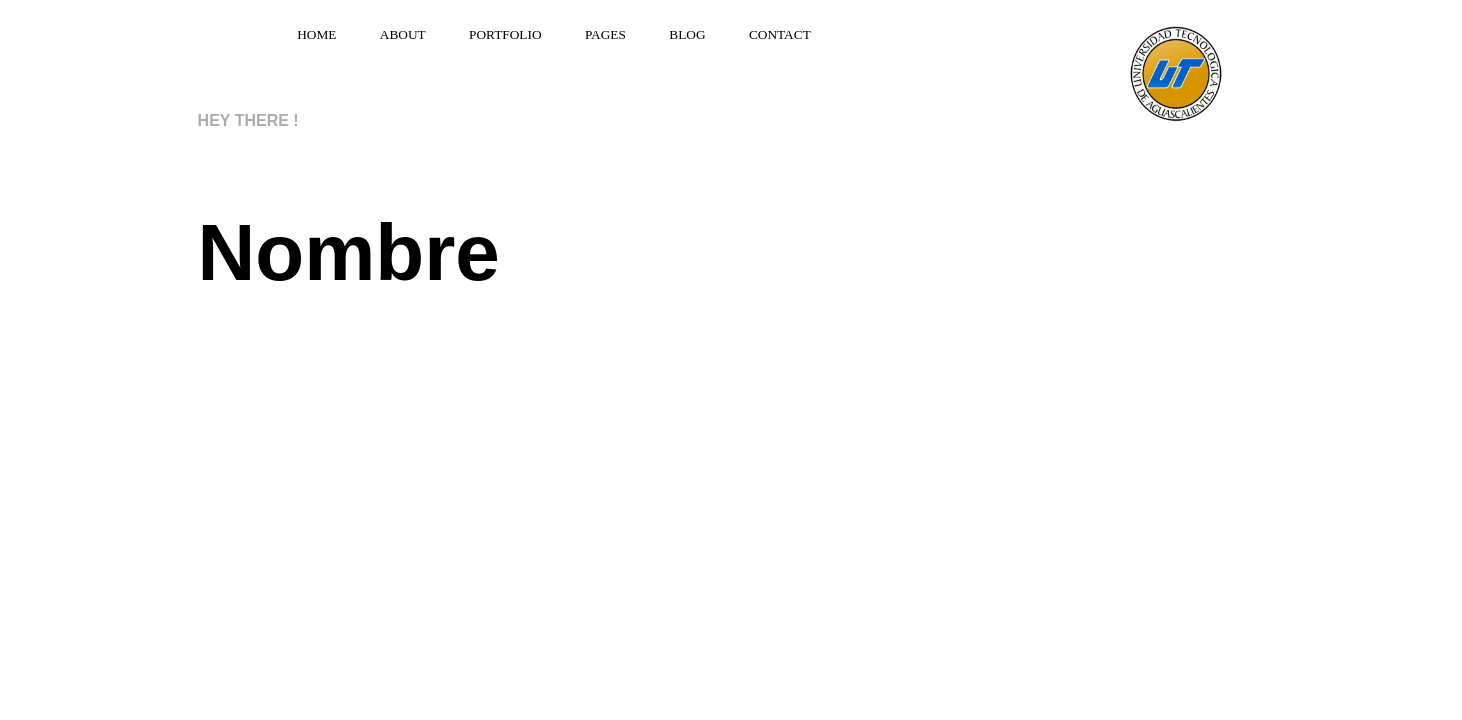
Repository: Armandoyerek11/proyectou1
Page: index.html
The author's editor kept a copy of each file at every save. The page is drawn from the files as they stood at one save, then again after the next save.
The browser window is 1280 px wide. The page is 1462 px wide, so the pictures cover 1462 px, including what lies to the right of the window. The pictures show the whole page.

Above is the page before, as saved 2022-05-30 15:19:14.

### index.html
<!DOCTYPE html>
<html lang="en">

<head>
    <meta charset="UTF-8">
    <meta http-equiv="X-UA-Compatible" content="IE=edge">
    <meta name="viewport" content="width=device-width, initial-scale=1.0">
    <title>Proyecto U1</title>
    <link rel="stylesheet" href="style.css">
</head>

<body>
    <nav>
        <a><img src="logo.jpg" width="160" height="100"></li>
        </a>
        <a href="#" class="nav_bar">HOME</a>
        <a href="#" class="nav_bar">ABOUT</a>
        <a href="#" class="nav_bar">PORTFOLIO</a>
        <a href="#" class="nav_bar">PAGES</a>
        <a href="#" class="nav_bar">BLOG</a>
        <a href="#" class="nav_bar">CONTACT</a>
    </nav>
    <br>
    </br>
    <h1> HEY THERE !</h1>
    <h2>Nombre</h2>

    <img. src="fondo.jpeg" width="600" height="400"></li>

</body>

</html>

### style.css
.nav_bar {
    display: inline-block;
    background: white;
    color: black;
    text-align: center;
    padding: 9px 20px;
    text-decoration: none;
}

nav {
    background: rgb(255, 255, 255);
    padding: 10px;
    text-align: center;
    font-style: sans-serif;
    font-size: smaller;
}

.nav_bar:hover {
    background: rgb(255, 251, 251);
    text-align: center;
}

h1 {
    color: #adacac;
    font-size: 1em;
    top: 50%;
    left: 80%;
    transform: translatex(15%) translatey(15%);
    font-family: Arial, Helvetica, sans-serif;
}

h2 {
    color: black;
    font-size: 5em;
    top: 50%;
    right: 10ch;
    transform: translatex(15%) translatey(15%);
    font-family: Arial, Helvetica, sans-serif;
}

img {
    padding: 3px;
    margin: 3px;
    float: right;
}

After the next save:
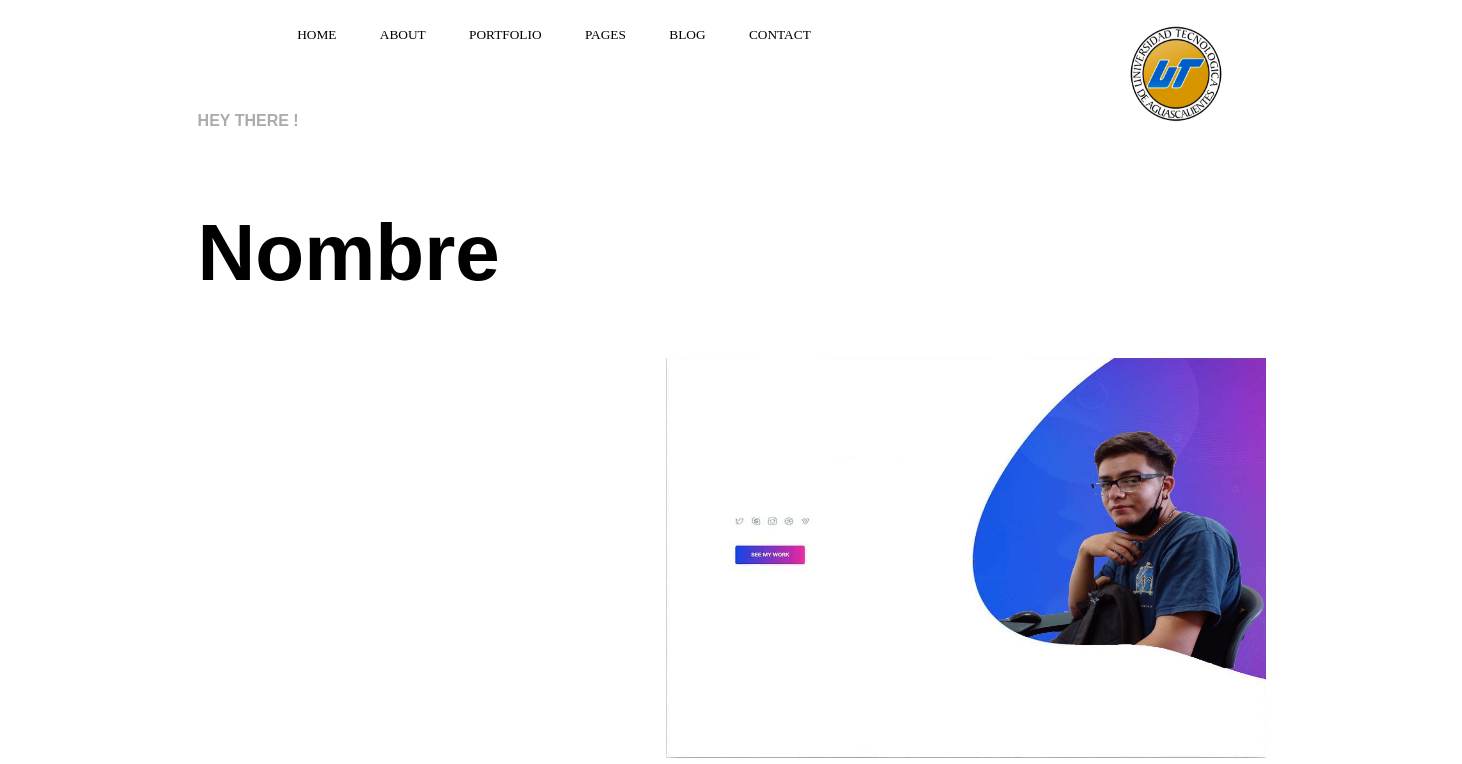
Saved 22 s later.
--- a/index.html
+++ b/index.html
@@ -25,7 +25,7 @@
     <h1> HEY THERE !</h1>
     <h2>Nombre</h2>
 
-    <img. src="fondo.jpeg" width="600" height="400"></li>
+    <img src="fondo.jpeg" width="600" height="400"></li>
 
 </body>
 
